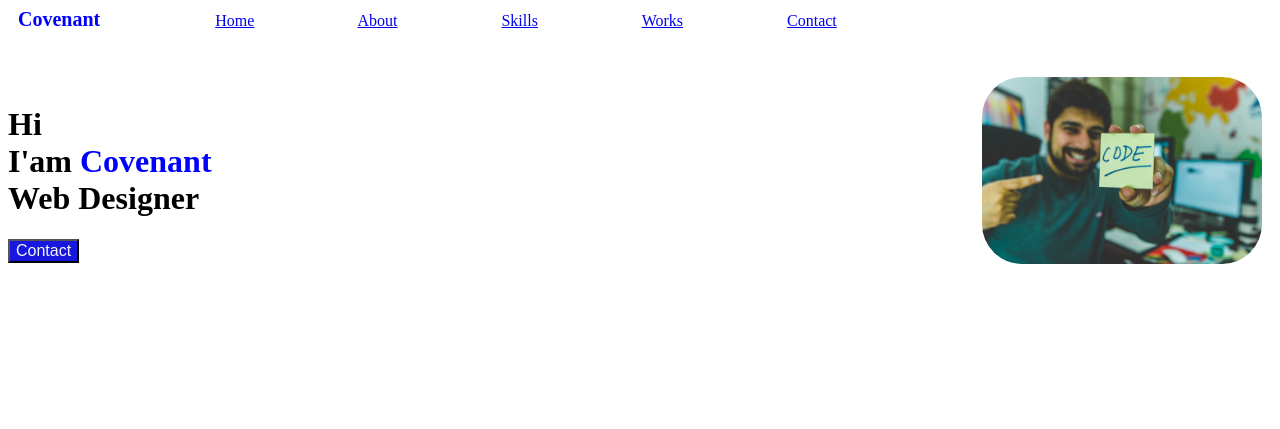
Repository: Tobby004/bdc-assignment-1
Page: index.html
The author's editor kept a copy of each file at every save. The page is drawn from the files as they stood at one save, then again after the next save.
The browser window is 1280 px wide. The pictures show the whole page.

Above is the page before, as saved 2023-02-09 09:16:49.

After the next save:
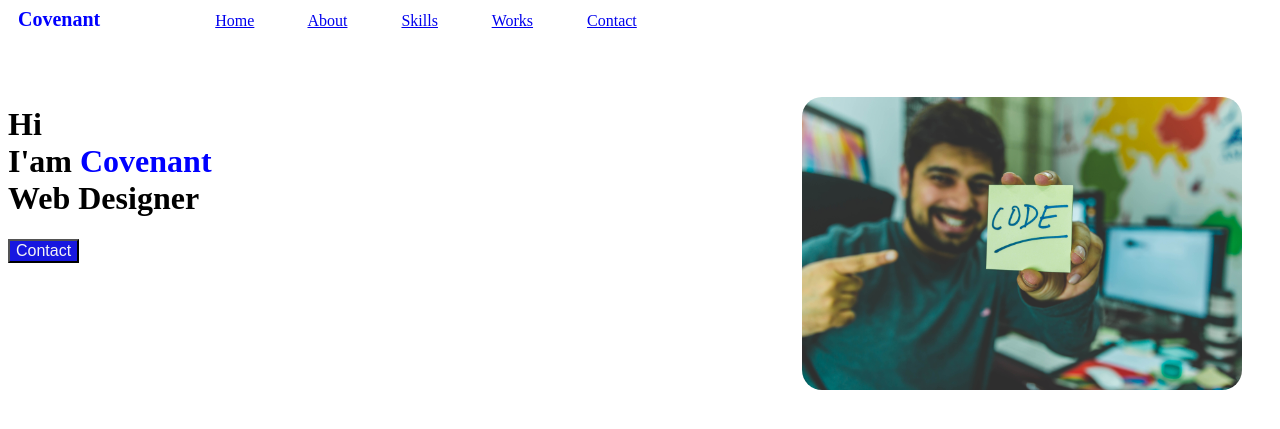
Saved 85 s later.
--- a/task.css
+++ b/task.css
@@ -16,11 +16,13 @@ justify-content: space-between;
 }
 header a {
     margin-inline-end: 100px;
+    max-width: 500%;
+    margin-inline-end: 50px;
 
 }
 img{
-    width: 300px;
-    padding: 10px;
+    width: 500px;
+    padding: 30px;
     float: right;
     border-radius: 50px;
 }
